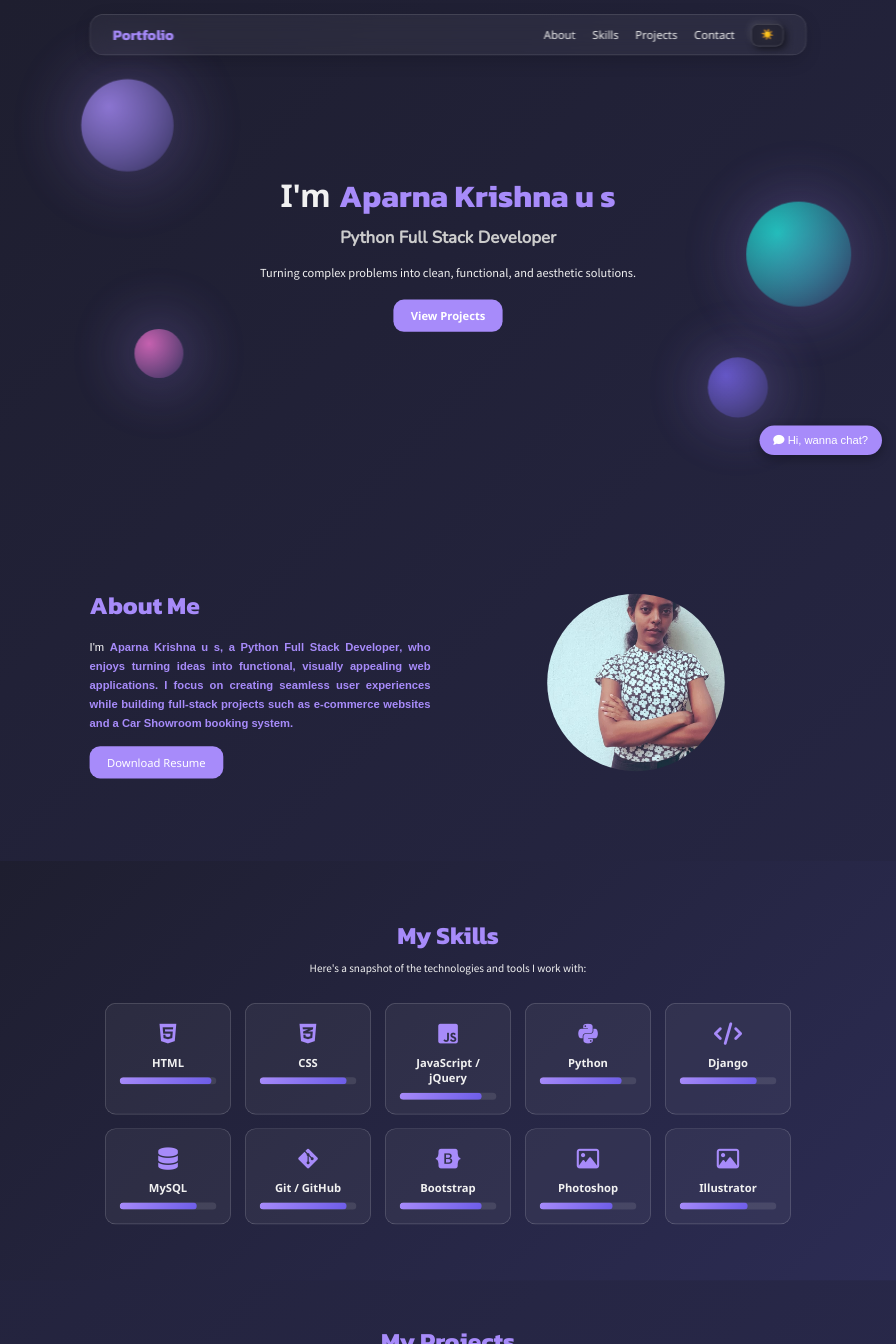
Repository: aparnakrishnaus/aparnakrishnaus_portfolio
Page: index.html
An editor plug-in stored every save of this project. The page is shown before and after the next save, followed by the edit.
The browser window is 1280 px wide. The pictures show the part of the page from y = 0 to 1920 px (the page is 3334 px tall), at 70% of full size.

Above is the page before, as saved 2026-01-01 13:01:06.

### index.html
<!DOCTYPE html>
<html lang="en">

<head>
  <meta charset="UTF-8">
  <meta name="viewport" content="width=device-width, initial-scale=1.0">
  <title>Aparna Krishna Portfolio</title>
  <link
    href="https://fonts.googleapis.com/css2?family=Kanit:wght@600;700&family=Nunito:wght@400;500&family=Source Sans Pro:wght@300;400&display=swap"
    rel="stylesheet">
  <!-- Font Awesome CDN -->
  <link rel="stylesheet" href="https://cdnjs.cloudflare.com/ajax/libs/font-awesome/6.4.0/css/all.min.css">
  <link rel="stylesheet" href="https://cdn.jsdelivr.net/gh/devicons/devicon@latest/devicon.min.css">

  <link rel="stylesheet" href="./style.css">
  <link rel="stylesheet" href="./responsive.css">


</head>

<body>

  <!-- Nav -->
  <header>
    <h1> Portfolio</h1>
    <nav id="navMenu">
      <a href="#about">About</a>
      <a href="#skills">Skills</a>
      <a href="#projects">Projects</a>
      <a href="#contact">Contact</a>
      <button class="theme-toggle" id="themeToggle">🌙</button>
    </nav>
    <button class="menu-toggle" id="menuToggle">☰</button>
  </header>

  <!-- Banner Section -->
  <section class="banner">

    <div class="banner-content">
      <h1>I'm <span>Aparna Krishna u s</span></h1>
      <h2>Python Full Stack Developer </h2>
      <p>Turning complex problems into clean, functional, and aesthetic solutions.</p>
      <a href="#projects" class="btn" id="popup-btn">View Projects</a>
    </div>

    <div class="orbs">
      <div class="orb"></div>
      <div class="orb"></div>
      <div class="orb"></div>
      <div class="orb"></div>
    </div>
  </section>

  <!-- About -->
  <section class="about" id="about">
    <div class="about-container">
      <div class="about-text">
        <h2>About Me</h2>
        <p>
          I'm <span>Aparna Krishna u s, a <strong>Python Full Stack Developer</strong>, who enjoys turning ideas into functional, visually appealing web applications. I focus on creating seamless user experiences while building full-stack projects such as e-commerce websites and a Car Showroom booking system.
        </p>


        <div class="about-buttons">
          <a href="aparnakrishnaus-resume.pdf" class="btn" target="_blank">Download Resume</a>
        </div>
      </div>

      <div class="about-img">
        <img src="./img/about-img.jpg" alt="Aparna Krishna U S">
      </div>
    </div>
  </section>

  <!-- Skill -->
  <section class="skills" id="skills">
    <h2>My Skills</h2>
    <p>Here's a snapshot of the technologies and tools I work with:</p>

    <div class="skills-container">

      <div class="skill">
        <div class="skill-icon"><i class="fab fa-html5"></i></div>
        <div class="skill-name">HTML</div>
        <div class="skill-bar">
          <div class="skill-fill" data-width="95%"></div>
        </div>
      </div>

      <div class="skill">
        <div class="skill-icon"><i class="fab fa-css3-alt"></i></div>
        <div class="skill-name">CSS</div>
        <div class="skill-bar">
          <div class="skill-fill" data-width="90%"></div>
        </div>
      </div>

      <div class="skill">
        <div class="skill-icon"><i class="fab fa-js-square"></i></div>
        <div class="skill-name">JavaScript / jQuery</div>
        <div class="skill-bar">
          <div class="skill-fill" data-width="85%"></div>
        </div>
      </div>

      <!-- <div class="skill">
        <div class="skill-icon"><i class="fab fa-react"></i></div>
        <div class="skill-name">React</div>
        <div class="skill-bar">
          <div class="skill-fill" data-width="10%"></div>
        </div>
      </div> -->

      <div class="skill">
        <div class="skill-icon"><i class="fab fa-python"></i></div>
        <div class="skill-name">Python</div>
        <div class="skill-bar">
          <div class="skill-fill" data-width="85%"></div>
        </div>
      </div>

      <div class="skill">
        <div class="skill-icon"><i class="fas fa-code"></i></div>
        <div class="skill-name">Django</div>
        <div class="skill-bar">
          <div class="skill-fill" data-width="80%"></div>
        </div>
      </div>

      <div class="skill">
        <div class="skill-icon"><i class="fas fa-database"></i></div>
        <div class="skill-name">MySQL</div>
        <div class="skill-bar">
          <div class="skill-fill" data-width="80%"></div>
        </div>
      </div>

      <div class="skill">
        <div class="skill-icon"><i class="fab fa-git-alt"></i></div>
        <div class="skill-name">Git / GitHub</div>
        <div class="skill-bar">
          <div class="skill-fill" data-width="90%"></div>
        </div>
      </div>

      <div class="skill">
        <div class="skill-icon"><i class="fab fa-bootstrap"></i></div>
        <div class="skill-name">Bootstrap</div>
        <div class="skill-bar">
          <div class="skill-fill" data-width="85%"></div>
        </div>
      </div>

      <div class="skill">
        <div class="skill-icon"><i class="far fa-image"></i></div>
        <div class="skill-name">Photoshop</div>
        <div class="skill-bar">
          <div class="skill-fill" data-width="75%"></div>
        </div>
      </div>

      <div class="skill">
        <div class="skill-icon"><i class="far fa-image"></i></div>
        <div class="skill-name">Illustrator</div>
        <div class="skill-bar">
          <div class="skill-fill" data-width="70%"></div>
        </div>
      </div>

      <!-- <div class="skill">
        <div class="skill-icon"> <i class="devicon-flutter-plain "></i></div>
        <div class="skill-name">Flutter</div>
        <div class="skill-bar">
          <div class="skill-fill" data-width="10%"></div>
        </div>
      </div> -->

    </div>
  </section>

  <!-- Projects -->
  <section class="projects" id="projects">
    <h2 class="section-title">My Projects</h2>
    <p class="section-subtitle">Some of my recent work</p>

    <div class="project-filters">
      <button class="filter-btn active" data-filter="all">All</button>
      <button class="filter-btn" data-filter="fullstack">Fullstack</button>
      <button class="filter-btn" data-filter="webdesign">Web Design</button>
      <button class="filter-btn" data-filter="app">App</button>
    </div>

    <div class="projects-container">

      <!-- project1 -->
      <div class="project-card" data-category="fullstack" data-title="Car Showroom System (Fullstack)"
        data-description="Fullstack car showroom web app"
        data-points="Smart vehicle search and filtering, End-to-end car booking workflow, Integrated spare parts management, Test drive appointment scheduling, Service booking and management system, Secure advance payment integration, Role-based authentication, Django-powered backend with database, Responsive across devices"
        data-code="https://github.com/aparnakrishnaus/carshowroom" data-demo="https://prestigelane.pythonanywhere.com/">

        <div class="project-img">
          <img src="./img/carshowroom.png" alt="Car Showroom" loading="lazy" decoding="async">
          <div class="overlay">
            <i class="fas fa-search-plus"></i>
          </div>
        </div>
        <div class="project-info">
          <h3>Car Showroom</h3>
          <p>Fullstack project with backend.</p>
          <a href="https://prestigelane.pythonanywhere.com/" class="btn live" target="_blank">Visit Site</a>
        </div>
      </div>

      <!-- project2 -->
      <div class="project-card" data-category="fullstack" data-title="E-commerce Website (Fullstack)"
        data-description="Fullstack e-commerce web app"
        data-points="Full-stack e-commerce platform with complete checkout flow,Secure user authentication and order management,Integrated Stripe payment gateway for online payments,Cart checkout and order confirmation system,Backend built with Django & database integration, Fully responsive UI for all devices"
        data-code="https://github.com/aparnakrishnaus/modoshop" data-demo="https://modoshop.pythonanywhere.com/">

        <div class="project-img"><img src="./img/modo.png" alt="Project 4" loading="lazy" decoding="async" width="1280"
            height="720">
          <div class="overlay">
            <i class="fas fa-search-plus"></i>
          </div>
        </div>
        <div class="project-info">
          <h3>Modoshop</h3>
          <p>Fullstack project with backend.</p>
          <a href="https://modoshop.pythonanywhere.com/" class="btn live" target="_blank">Visit Site</a>
        </div>
      </div>

      <!-- project3 -->
      <div class="project-card" data-category="webdesign" data-title="Pastry Shop Website (Frontend)"
        data-description="Pastry Shop Design"
        data-points="Designed a modern and aesthetic pastry shop UI, Responsive layout for all devices, Used a warm color palette and inviting visuals,Built with HTML5 CSS3 JS & Bootstrap 5"
        data-code="https://github.com/aparnakrishnaus/Butterlace-pastryshop" data-demo="https://butterlace-pastryshop.netlify.app/">

        <div class="project-img"><img src="./img/pastryshop.png" alt="Project 4" loading="lazy" decoding="async"
            width="1280" height="720">
          <div class="overlay">
            <i class="fas fa-search-plus"></i>
          </div>
        </div>
        <div class="project-info">
          <h3>Butterlace-Pastry Shop</h3>
          <p>Pastry Shop Design.</p>
          <a href="https://butterlace-pastryshop.netlify.app/" class="btn live" target="_blank">Visit
            Site</a>
        </div>
      </div>

      <!-- project4 -->
      <div class="project-card" data-category="app" data-title="To-Do List App (Frontend + Motivation)"
        data-description="Responsive Todo list App"
        data-points="Create edit and delete daily tasks with ease,Minimal task management UI for better focus,Shows motivational quotes to boost productivity,Light and dark themes,Responsive design for all devices,Built with HTML5 CSS3 JS"
        data-code="https://github.com/aparnakrishnaus/To-Do-List-App" data-demo="https://todobuddylist.netlify.app/">

        <div class="project-img"><img src="./img/todo.png" alt="Project 4" loading="lazy" decoding="async" width="1280"
            height="720">
          <div class="overlay">
            <i class="fas fa-search-plus"></i>
          </div>
        </div>
        <div class="project-info">
          <h3>To-do List App</h3>
          <p>Todo list App with motivational quotes</p>
          <a href="https://todobuddylist.netlify.app/" class="btn live" target="_blank">Visit Site</a>
        </div>
      </div>

      <!-- project5 -->
      <div class="project-card" data-category="app" data-title="TalkTo Calculator (Voice-Enabled App)"
        data-description="Supports voice commands for hands-free use"
        data-points="Provides instant results with error handling,Perform basic and advanced calculations,Responsive design for mobile and desktop,Built with HTML5 CSS3 JS Webspeech API"
        data-code="https://github.com/aparnakrishnaus/Talk2Calc-calculator" data-demo="https://talktocalc.netlify.app/">

        <div class="project-img"><img src="./img/calculator.png" alt="Project 4" loading="lazy" decoding="async"
            width="1280" height="720">
          <div class="overlay">
            <i class="fas fa-search-plus"></i>
          </div>
        </div>
        <div class="project-info">
          <h3>TalktoCalc-Calculator</h3>
          <p>Supports voice commands for hands-free use</p>
          <a href="https://talktocalc.netlify.app/" class="btn live" target="_blank">Visit
            Site</a>
        </div>
      </div>


      <!-- project6 -->
      <div class="project-card" data-category="webdesign" data-title="Clothing Shop (Frontend)"
        data-description="Designed a trendy and modern e-commerce UI"
        data-points="Recreated a modern clothing shop template,Matched the original UI design with precision,Added shop location map for realism,Ensured fully responsive layout,Built with HTML5 CSS3 JS & Bootstrap 5"
        data-code="https://github.com/aparnakrishnaus/Brooklynk.shop" data-demo="https://textileshop.netlify.app/">

        <div class="project-img"><img src="./img/shop.png" alt="Project 3" loading="lazy" decoding="async" width="1280"
            height="720">
          <div class="overlay">
            <i class="fas fa-search-plus"></i>
          </div>
        </div>
        <div class="project-info">
          <h3>Brooklynk-Clothing Shop</h3>
          <p>Designed a trendy and modern e-commerce UI</p>
          <a href="https://textileshop.netlify.app/" class="btn live" target="_blank">Visit Site</a>
        </div>
      </div>

      <!-- project7 -->
      <div class="project-card" data-category="webdesign" data-title="Portfolio Website (Personal Branding)"
        data-description="A personal portfolio website showcasing projects, skills, and design style."
        data-points="Built a custom portfolio website for a client,Styled with W3.CSS for a clean layout,Integrated Google Drive for data storage,Responsive design for all devices"
        data-code="https://github.com/aparnakrishnaus/Butterlace-pastryshop" data-demo="https://abhinkrishnaus-portfolio.netlify.app/">

        <div class="project-img">
          <img src="./img/portfolio.png" alt="Project 3" loading="lazy" decoding="async" width="1280" height="720">
          <div class="overlay">
            <i class="fas fa-search-plus"></i>
          </div>
        </div>
        <div class="project-info">
          <h3>Portfolio-Client</h3>
          <p>Client personal portfolio website showcasing projects, skills.</p>
          <a href="https://abhinkrishnaus-portfolio.netlify.app/" class="btn live" target="_blank">Visit
            Site</a>
        </div>
      </div>
    </div>


    <div id="lightbox">
      <span class="close">&times;</span>
      <span class="prev">&#10094;</span>

      <div class="lightbox-content">
        <img id="lightbox-img" src="" alt="Expanded Project">
        <div class="lightbox-info">
          <h3></h3>
          <p></p>
          <ul></ul>
          <div class="lightbox-links"></div>
        </div>
      </div>

      <span class="next">&#10095;</span>
    </div>

  </section>



  <!-- Contact -->
  <section class="contact" id="contact">
    <h2>Contact Me</h2>
    <p>Have a project in mind or just want to say hi? Feel free to reach out!</p>

    <div class="contact-container">
      <form action="https://formspree.io/f/mpwjrrjw" class="contact-form" method="POST" id="contactForm">
        <input type="text" name="name" placeholder="Your Name" required>
        <input type="email" name="email" placeholder="Your Email" required>
        <textarea name="message" rows="6" placeholder="Your Message" required></textarea>
        <button type="submit" class="btn">Send Message</button>
      </form>

      <div class="contact-orbs">
        <div class="orb orb1"></div>
        <div class="orb orb2"></div>
      </div>
    </div>
  </section>
  <!-- Custom Alert -->
  <div id="customAlert" class="custom-alert">
    <p id="alertMessage"></p>
  </div>


  <!-- Footer -->
  <footer class="footer">
    <div class="footer-container">
      <p class="footer-name">© 2025 Aparna Krishna u s </p>

      <div class="footer-socials">
        <a href="https://mail.google.com/mail/?view=cm&to=aparnakrishnaus2@gmail.com" target="_blank" aria-label="Email">
          <i class="fa-solid fa-envelope"></i>
        </a>
        <a href="https://wa.me/7306214887" target="_blank" aria-label="WhatsApp">
          <i class="fab fa-whatsapp"></i>
        </a>
        <a href="tel:+917306214887" target="_blank" aria-label="WhatsApp">
          <i class="fas fa-phone" style="font-size: 17px;"></i>
        </a>
        <a href="https://maps.app.goo.gl/kvJvRrkQ18UY9zXh6" target="_blank" target="_blank" aria-label="WhatsApp">
          <i class="fas fa-map-marker-alt" style="font-size: 17px;"></i>
        </a>
        <a href="https://instagram.com/_exotic_s_" target="_blank" aria-label="Instagram">
          <i class="fab fa-instagram"></i>
        </a>
      </div>

      <button class="scroll-top" onclick="window.scrollTo({top: 0, behavior: 'smooth'});">
        <i class="fas fa-arrow-up"></i>
      </button>
    </div>
  </footer>


  <!-- Chat Button -->
  <div id="chat-nudge">
    <div id="chat-btn"><i class="fas fa-comment"></i>
      Hi, wanna chat?</div>
    <div id="chat-popup">
      <span id="chat-close">&times;</span>
      <p>Hey! You can reach me anytime.</p>
      <a href="mailto:aparnakrishnaus2@gmail.com" target="_blank" aria-label="Email" class="chat-link"
        title="email me">
        <i class="fa-regular fa-envelope"></i>
      </a>
      <a href="https://wa.me/7306214887" target="_blank" aria-label="WhatsApp" class="chat-link" title="msg me">
        <i class="fab fa-whatsapp"></i>
      </a>
    </div>
  </div>





  <script src="./script.js"></script>


</body>

</html>

### responsive.css
/* ---- Responsive ---- */


@media (max-width: 992px) {
  .contact-container {
    gap: 40px;
  }

  .contact h2 {
    font-size: 1.8rem;
  }

  .contact p {
    font-size: 0.95rem;
    padding: 0 10px;
  }

  .section-title {
    font-size: 2.4rem;
  }

  .section-subtitle {
    font-size: 1.1rem;
  }

  .projects-container {
    justify-content: center;
  }

  .project-card {
    max-width: 350px;
    width: 100%;
  }

  .btn {
    font-size: 0.9rem;
    padding: 8px 15px;
  }
}


@media (max-width: 768px) {

  h1 {
    font-size: 2rem;
    letter-spacing: 1px;
  }

  h2 {
    font-size: 1.2rem;
  }

  p {
    font-size: 0.9rem;
  }

  nav {
    display: none;
  }

  nav.show {
    display: flex !important;
    flex-direction: column;
    position: absolute;
    top: 70px;
    right: 20px;
    background: var(--bg);
    border: 1px solid var(--glass-border);
    border-radius: 15px;
    padding: 1rem;
    gap: 1rem;
    box-shadow: 0 8px 20px var(--shadow);
    width: 90%;
  }

  .menu-toggle {
    display: block;
  }

  .orb {
    width: 80px;
    height: 80px;
    opacity: 0.2;
  }

  .orb:nth-child(3),
  .orb:nth-child(4),
  .orb:nth-child(5) {
    display: none;
  }

  #chat-nudge {
    display: none !important;
  }

  .skill {
    width: 45%;
  }

  .lightbox-content {
    flex-direction: column;
    text-align: center;
    padding: 20px;
  }

  #lightbox img {
    max-width: 100%;
  }

  .lightbox-info {
    text-align: center;
  }
}



@media (max-width: 600px) {
  .contact {
    padding: 40px 15px;
  }

  .contact h2 {
    font-size: 1.5rem;
  }

  .contact p {
    font-size: 0.9rem;
  }

  .contact-container {
    flex-direction: column;
    gap: 25px;
  }

  .contact-form {
    padding: 20px;
    min-width: 100%;
  }

  .custom-alert {
    font-size: 12px;
    padding: 10px 14px;
    top: 15px;
    right: 50%;
  }

  .contact-orbs .orb1,
  .contact-orbs .orb2 {
    display: none;
  }

}



@media (max-width: 576px) {
  .section-title {
    font-size: 1.6rem;
  }

  .section-subtitle {
    font-size: 0.9rem;
    margin-bottom: 25px;
  }

  .projects-container {
    grid-template-columns: 1fr;
    gap: 18px;
  }

  .project-card {
    border-radius: 10px;
  }

  .project-info {
    padding: 12px;
  }

  .btn {
    font-size: 0.8rem;
    padding: 6px 12px;
  }
}


@media (min-width: 577px) and (max-width: 991px) {
  .section-title {
    font-size: 2rem;
  }

  .section-subtitle {
    font-size: 1rem;
  }

  .projects-container {
    grid-template-columns: repeat(2, 1fr);
    gap: 20px;
  }

  .project-info {
    padding: 14px;
  }
}


@media (max-width: 480px) {
  .about {
    padding-top: 0px;
  }

  .about-text h2 {
    font-size: 1.5rem;
  }

  .about-text p {
    font-size: 0.85rem;
    line-height: 1.4;
    margin-bottom: 10px;
  }

  .about-buttons .btn {
    padding: 10px 20px;
    font-size: 0.9rem;
  }

  .skills-container .skill {
    flex: 1 1 45%;
    max-width: 45%;
  }
}

Loaded but not shown: script.js (289 lines, source omitted); style.css (1030 lines, source omitted)

After the next save:
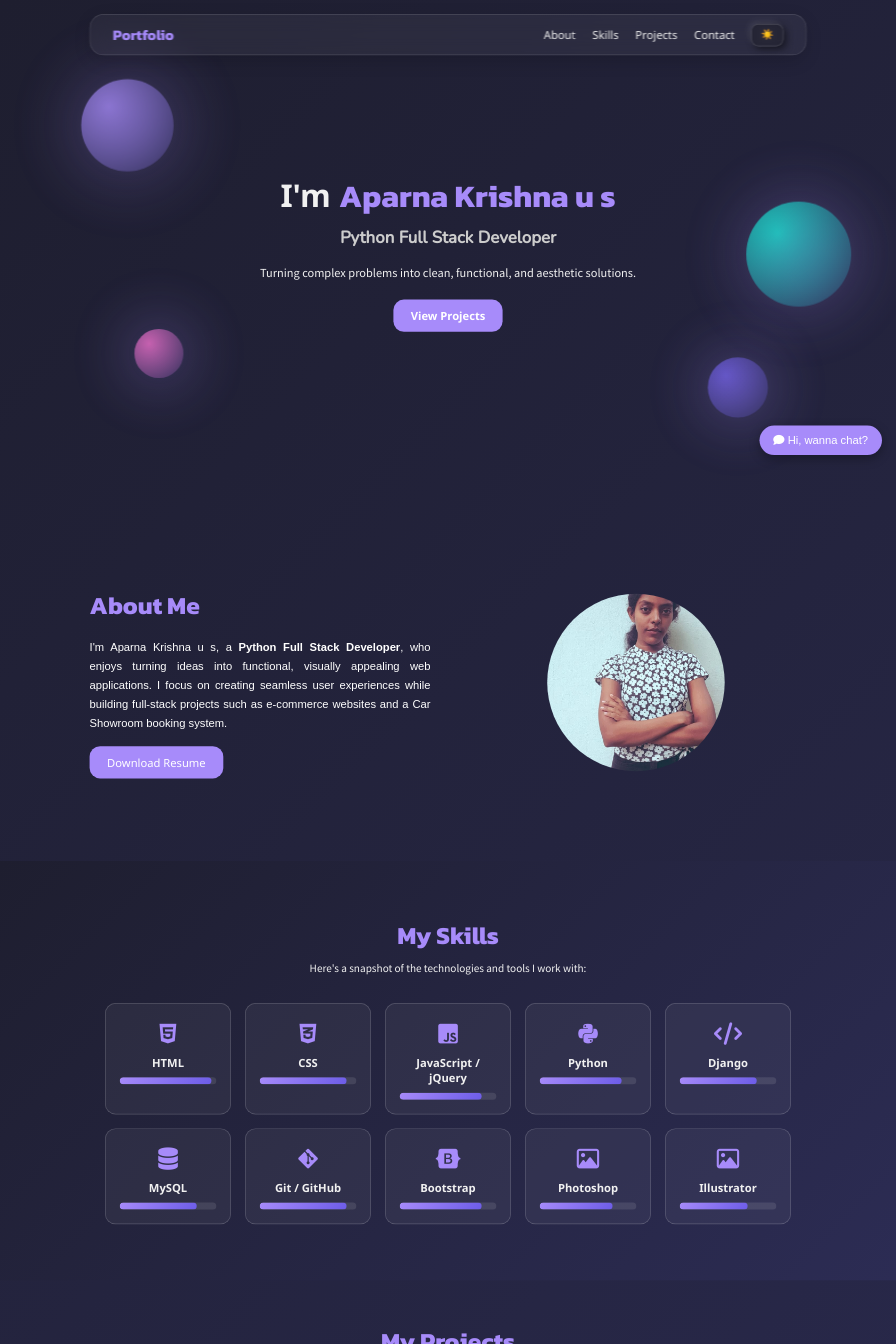
Saved 4 s later.
--- a/index.html
+++ b/index.html
@@ -57,7 +57,7 @@
       <div class="about-text">
         <h2>About Me</h2>
         <p>
-          I'm <span>Aparna Krishna u s, a <strong>Python Full Stack Developer</strong>, who enjoys turning ideas into functional, visually appealing web applications. I focus on creating seamless user experiences while building full-stack projects such as e-commerce websites and a Car Showroom booking system.
+          I'm Aparna Krishna u s, a <strong>Python Full Stack Developer</strong>, who enjoys turning ideas into functional, visually appealing web applications. I focus on creating seamless user experiences while building full-stack projects such as e-commerce websites and a Car Showroom booking system.
         </p>
 
 
